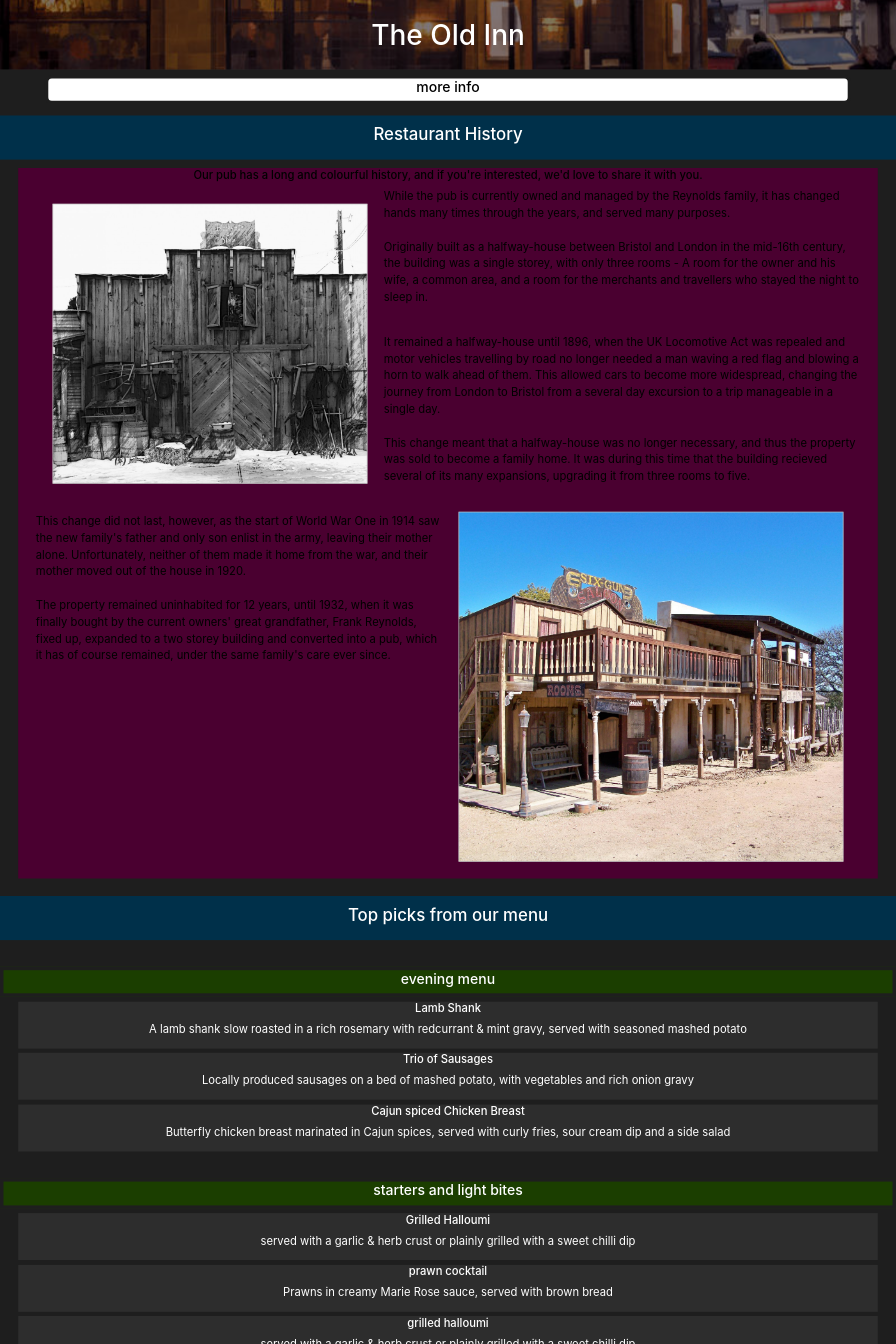
Repository: Code-Institute-Submissions/JamesLStudent-Milestone_One
Page: index.html
The author's editor kept a record of every edit. The page is drawn from the files as they stood at one moment, then again after the next edit.
The browser window is 1280 px wide. The pictures show the part of the page from y = 0 to 1920 px (the page is 3588 px tall before and 3614 px after), at 70% of full size.

Above is the page before.
Console error: TypeError: Cannot read properties of undefined (reading 'fn')

After the next edit:
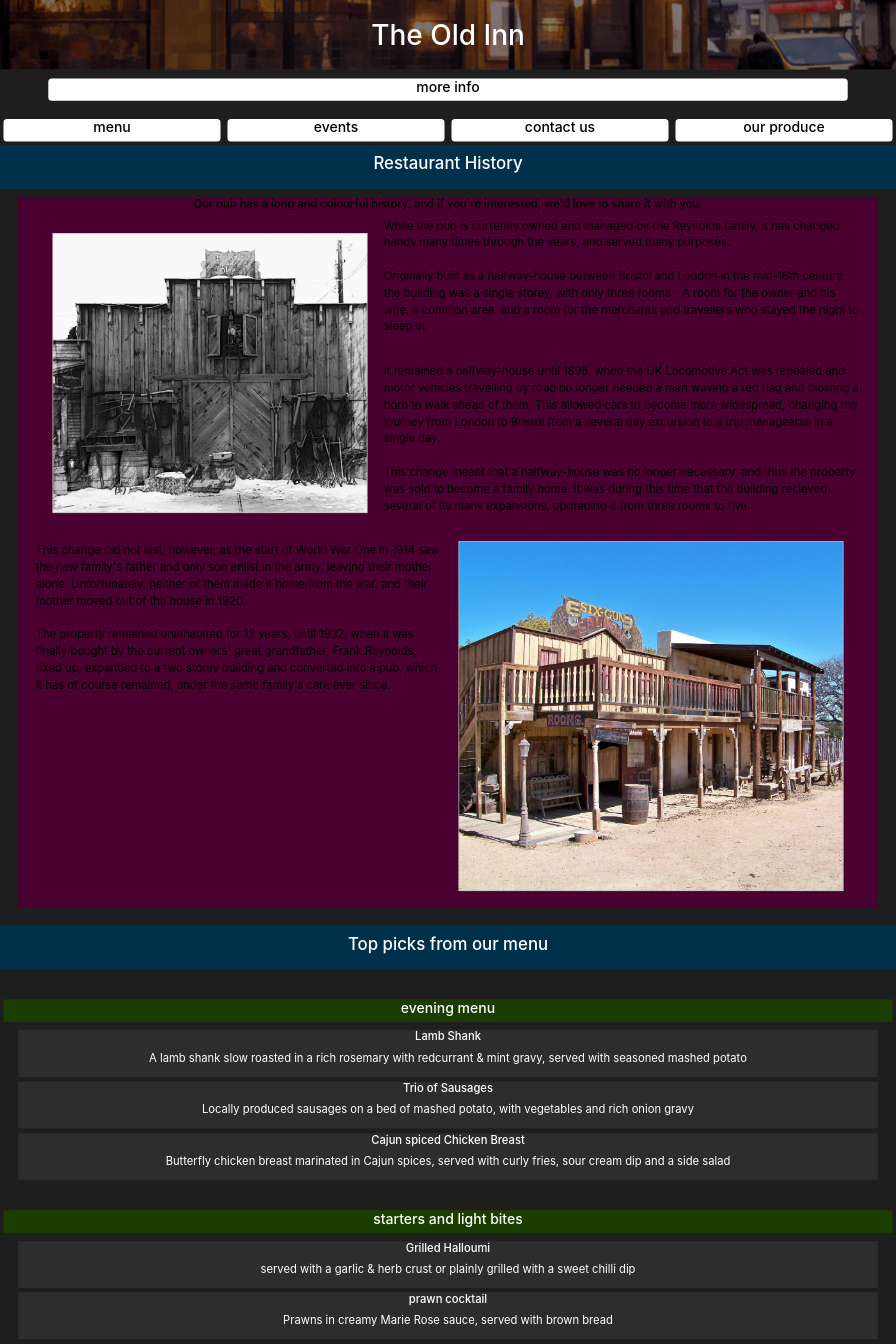
The edit:
--- a/index.html
+++ b/index.html
@@ -42,7 +42,27 @@
             </a>
         </li>
     </ul>
-
+    <div class="desktop-nav">
+    <a href="menu.html">
+                <div class="col-6 col-md-12 col-lg-3 navigation-item black-text">
+                    <h5>menu</h5>
+                </div>
+            </a>
+            <a href="events.html">
+                <div class="col-6 col-md-12 col-lg-3 navigation-item black-text">
+                    <h5>events</h5>
+                </div>
+            </a>
+            <a href="contacts.html">
+                <div class="col-12 col-md-12 col-lg-3 navigation-item black-text">
+                    <h5>contact us</h5>
+                </div>
+            </a>
+            <a href="produce.html">
+                <div class="col-12 col-md-12 col-lg-3 navigation-item black-text">
+                    <h5>our produce</h5>
+                </div>
+            </a>
 
     <div class="centerer">
         <div class="subtitle no-margin">
